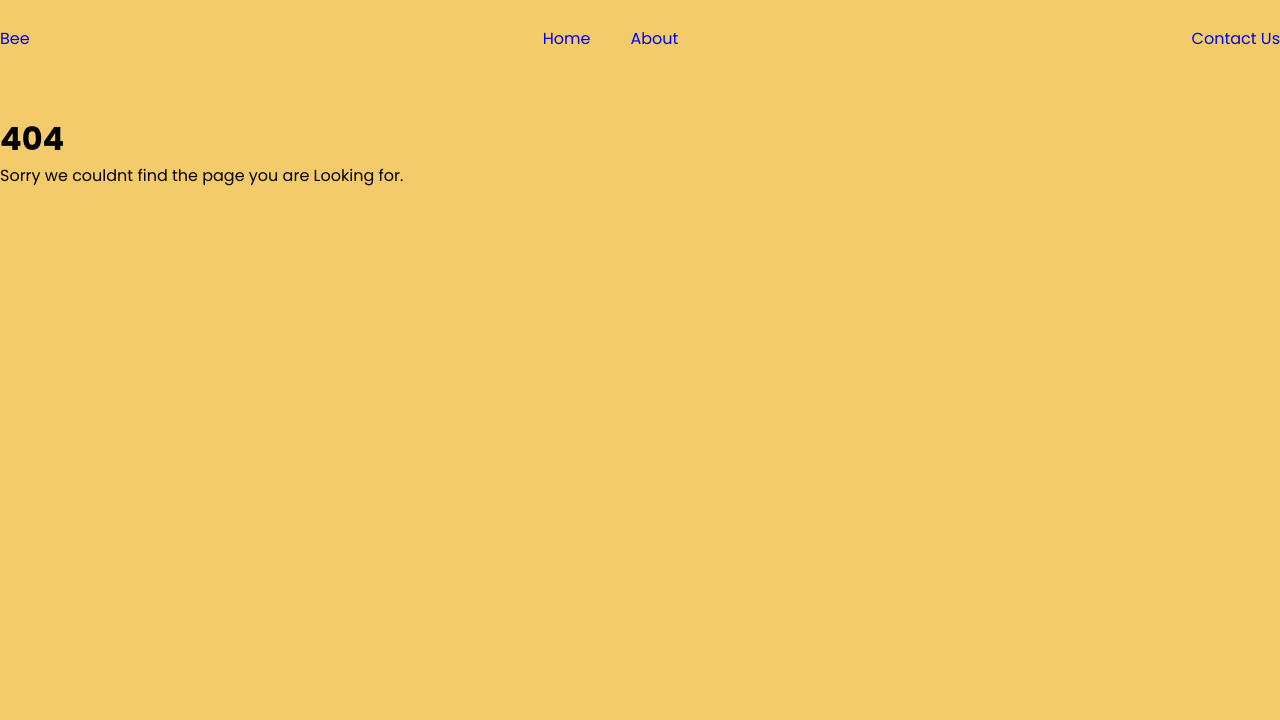
Repository: ble-syn/Random-user-generator-app
Page: /not-found
An editor plug-in stored every save of this project. The page is shown before and after the next save, followed by the edit.
The browser window is 1280 px wide. The pictures show the whole page.
The project was rebuilt for these pictures with package versions that can differ from the ones it lists, and the page was loaded fresh each time. Also part of the build but not shown: src/components/pagination.jsx, src/components/ErrorFallback.jsx, src/components/User.jsx, src/pages/Home.jsx, src/pages/About.jsx, src/pages/Policy.jsx, src/pages/Terms.jsx, src/pages/Contact.jsx.

Above is the page before, as saved 2022-10-28 17:17:48.

### src/index.css
@import url("https://fonts.googleapis.com/css2?family=Poppins:ital,wght@0,200;0,300;0,400;0,500;0,600;0,700;1,400&display=swap");
*{
  margin: 0;
  padding: 0;
  box-sizing: border-box;
}
a {
  text-decoration: none;
}

body {
  background-color: #F4CB6B;
  font-family: "Poppins", sans-serif;
}
.container {
  width: 100%;
  max-width: 1300px;
  margin: 0 auto;

}

nav {
  display: flex;
  justify-content: space-between;
  margin: 2% 0 5%;
}
.menu {
  margin: 0 20px;
}

.home-container{
  display: flex;

  align-items: center;
}
/* LEFT STYLES */
#left {
  flex: 5;
}
#left h1 {
  font-size: 3rem;
  font-weight: 700;
  margin-bottom: 20px;
}
#left p {
  font-size: 1.2rem;
  margin-bottom: 20px;
}
.search-input {
  width: 80%;
  background-color: #dadada;
  border-radius: 12px;
  border: none;
  display: flex;
  place-items: center;
  padding-left: 15px;
  margin: 50px 0;
}
input {
  border: none;
  border-radius: 12px;
  background-color: inherit;
  width: 100%;
  height: 50px;
  padding-left: 5px;
  font-size: 20px;
}
input:focus {
  outline: none;
}
input::placeholder {
  color: #171717;
}
.user-link-cont {
  margin-top: 70px;
}
.user-link{
  margin-right: 80px;
  padding: 30px;
  border-radius: 10px;
  color: #FFF;
  cursor: pointer;
  border: none;
  box-shadow: 0px 2px 5px  rgba(0, 0, 0, 0.5);
}
.all-user {
  background-color: #BF9679;
}
.f-user{
  background-color: #F97661;
}
.m-user{
background-color: #8DCC50;
}

#right{
  height: 90vh;
  flex: 5;
  margin-left: 20px;
  background-color: #F2F2EF;
  border-radius: 50px;
  padding: 20px;
}

.usercard {
  background-color: #F2F2EF;
  border-radius: 20px;
  display: flex;
  justify-content: space-between;
  align-items: center;
  padding: 20px;
  margin: 20px 0;
  box-shadow: 0px 2px 5px  rgba(0, 0, 0, 0.5);
}

img {
 border: 5px solid#8DCC50;
  border-radius: 50%;
  margin: 5px 0;
}

.pagination {
  display: flex;
  justify-content: center;
  align-items: center;
  gap: 12px;
  margin: 20px 0;
}

.pagination-num {
  display: flex;
  justify-content: center;
  align-items: center;
  gap: 12px;
}

.pagination-child,
.prev,
.next {
  opacity: 1;
  border: 1px solid #000;
  padding: 8px 16px;
  cursor: pointer;
  border-radius: 10px;
  transition: all 0.3s ease;
}

.pagination-child:hover,
.prev:hover,
.next:hover {
  transform: scale(1.1);
  background-color: #F4CB6B;
}

.disabled {
  opacity: 0.5;
  cursor: not-allowed;
}

### src/App.js
import { BrowserRouter as Router, Routes, Route, Navigate} from "react-router-dom";
import Navbar from "./components/Navbar";
import Home from "./pages/Home";
import About from "./pages/About";
import Policy from "./pages/Policy";
import Terms from "./pages/Terms";
import Contact from "./pages/Contact";
import NotFound from "./pages/NotFound";

function App() {
  return (
    <div className="container">
      <Router>
      <Navbar />
        <Routes>
          <Route path="/" element={<Home />} />
          <Route path="/about" element={<About />}>
            <Route path="policy" element={<Policy />} />
            <Route path="terms" element={<Terms />} />
          </Route>
          <Route path="/contact" element={<Contact />} />
          <Route path="/not-found" element={<NotFound />} />
          <Route path="*" element={<Navigate to="/not-found" />} />
        </Routes>
      </Router>

    </div>
  );
}

export default App;

### src/components/Navbar.jsx
import React from "react";
import { Link } from "react-router-dom";

function Navbar() {
    return (
      <nav className="header">
        <div className="logo">
          <Link to="/">Bee</Link>
        </div>


        <div>
            <Link to="/" className="menu">Home</Link>

            <Link to="/about" className="menu">About</Link>
        </div>
        <div>
            <Link to="/contact">Contact Us</Link>
        </div>
      </nav>
    );
  }

export default Navbar;

### src/pages/NotFound.jsx
import React from "react";

function NotFound() {
  return <div className="notfound">
    <h1>404</h1>
    <p>Sorry we couldnt find the page you are Looking for.</p>
  </div>;
}

export default NotFound;

Loaded but not shown: public/index.html (common file); src/index.js (common file); src/reportWebVitals.js (common file)

After the next save:
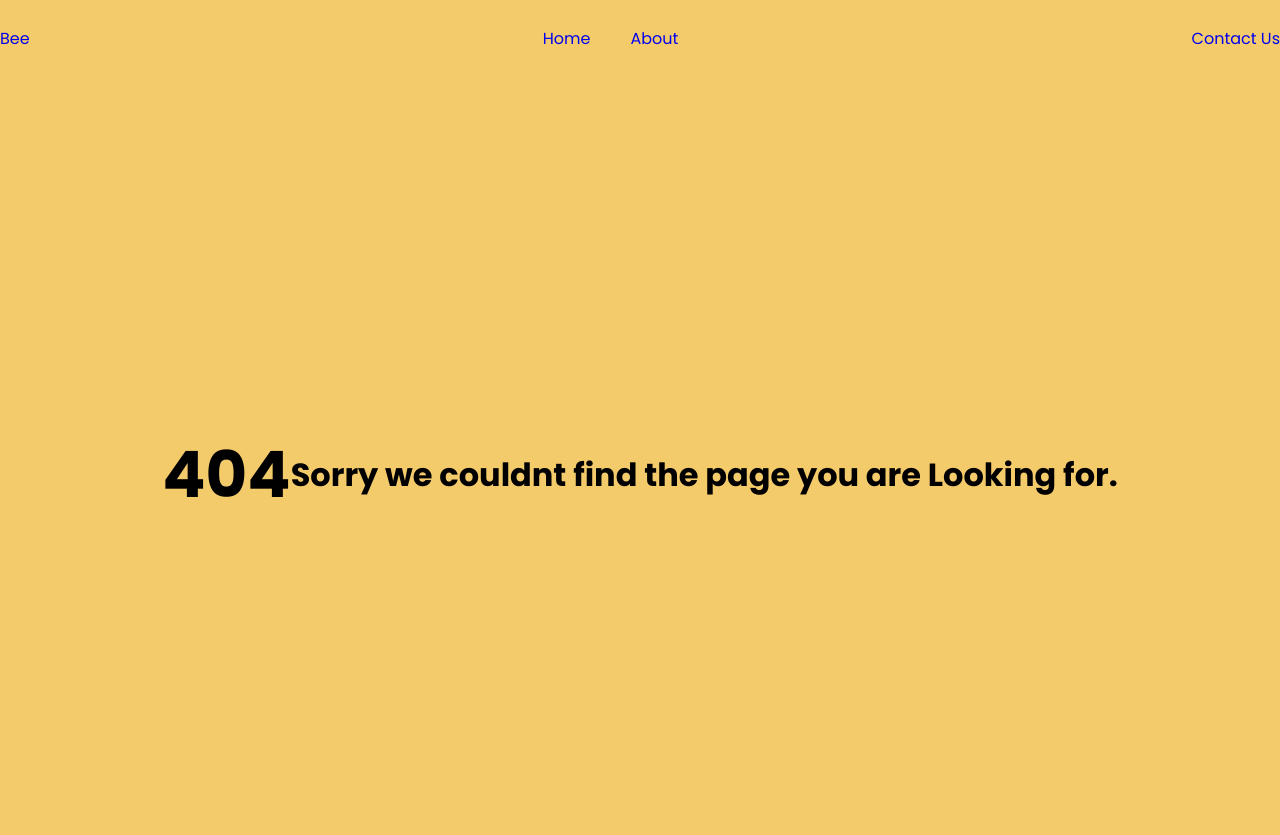
Saved 90 s later.
--- a/src/index.css
+++ b/src/index.css
@@ -156,3 +156,11 @@ img {
   opacity: 0.5;
   cursor: not-allowed;
 }
+.notfound {
+  display: flex;
+  justify-content: center;
+  align-items: center;
+  height: 100vh;
+  font-size: 2rem;
+  font-weight: 700;
+}
